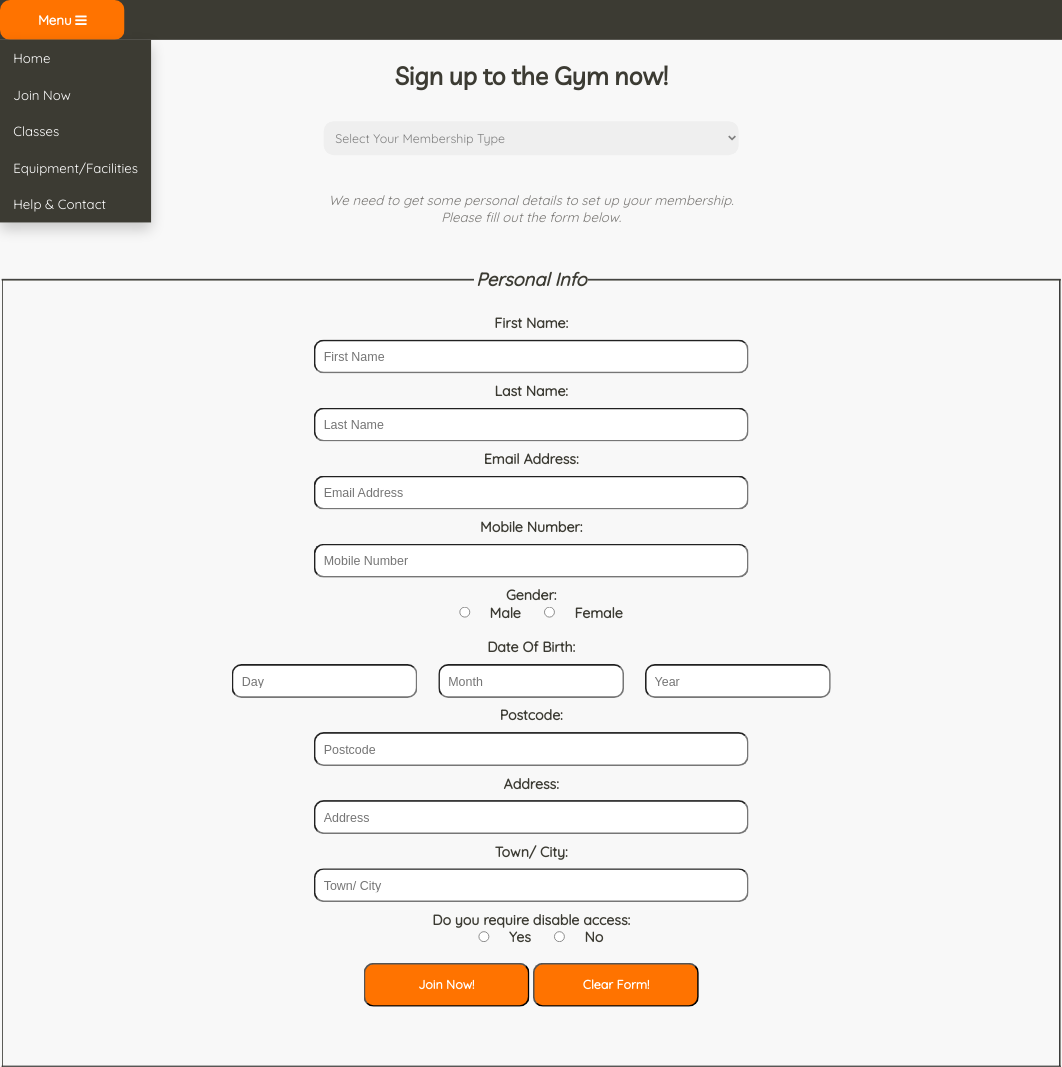
Repository: RicardoAzuul/the_fitness_hub
Page: join_now.html
The author's editor kept a record of every edit. The page is drawn from the files as they stood at one moment, then again after the next edit.
The browser window is 1280 px wide. The pictures show the whole page, at 83% of full size.

Above is the page before.

### join_now.html
<!DOCTYPE html>
<html>
    <head>
        <meta charset="UTF-8">
        <meta name="viewport" content="width=device-width, initial-scale=1.0">
        <meta http-equiv="X-UA-Compatible" content="ie=edge">
        <title>The Fitness Hub</title>
        <link rel="stylesheet" href="https://cdnjs.cloudflare.com/ajax/libs/font-awesome/4.7.0/css/font-awesome.min.css">
        <link rel="stylesheet" href="css/style.css" type="text/css">
        <link href="https://fonts.googleapis.com/css?family=Livvic&display=swap" rel="stylesheet">
        <link href="https://fonts.googleapis.com/css?family=Quicksand&display=swap" rel="stylesheet">
    </head>
    <body>
        <header>
            <div class="navbar">
           <div class="dropdown">
           <button class="dropbtn">Menu
           <i class="fa fa-bars"></i>
           </button>
           <div class="dropdown-content">
           <a href="index.html">Home</a>
           <a href="join_now.html">Join Now</a>
           <a href="classes.html">Classes</a>
           <a href="equipment.html">Equipment/Facilities</a>
           <a href="help_and_contact.html">Help & Contact</a>
           </div>
           </div>
           </div>
        </header>
        <h2 class="sign_up">Sign up to the Gym now!</h2>
        <div class="row">
         <select class="options">
        <option value="">Select Your Membership Type</option>
         <option value="Day pass">Day Pass - £4.99</option>
         <option value="Month pass">Monthly - £14.99</option>
        </select>
        <br><br>
    <p class="Warning">We need to get some personal details to set up your membership.<br> Please fill out the form below.</p>
    <br><br>
    <form>
    <fieldset>
        <legend>Personal Info</legend>
        <br>
        <div class="info">
        First Name:<br>
        <input type="text" name="firstname" placeholder="First Name"><br>
        Last Name:<br>
        <input type="text" name="lastname" placeholder="Last Name"><br>
        Email Address:<br>
        <input type="email" name="email" placeholder="Email Address"><br>
        Mobile Number:<br>
        <input type="text" name="number" placeholder="Mobile Number"><br>
        Gender:<br>
        <input type="radio" name="gender" value="male" class="box">Male
        <input type="radio" name="gender" value="female" class="box">Female
        <br><br>
        Date Of Birth:<br>
        <input type="day" name="day" placeholder="Day" class="dob">
        <input type="text" name="month" placeholder="Month" class="dob">
        <input type="year" name="year" placeholder="Year" class="dob"><br>
        Postcode:<br>
        <input type="postcode" name="postcode" placeholder="Postcode"><br>
        Address:<br>
        <input type="address" name="address" placeholder="Address"><br>
        Town/ City:<br>
        <input type="town" name="town" placeholder="Town/ City"><br>
        Do you require disable access:<br>
        <input type="radio" name="disable" value="yes" class="box">Yes
        <input type="radio" name="disable" value="no" class="box">No
        <br><br>
        <button type="submit" onclick="alert('Form has been submitted! Please check your mailbox for your email confirmation.')">Join Now!</button>
        <button type="reset">Clear Form!</button>
        <br><br>
        </div>
    </fieldset>
    </form>
    </div>
    </body>
    </html>

Loaded but not shown: css/style.css (1271 lines, source omitted)

After the next edit:
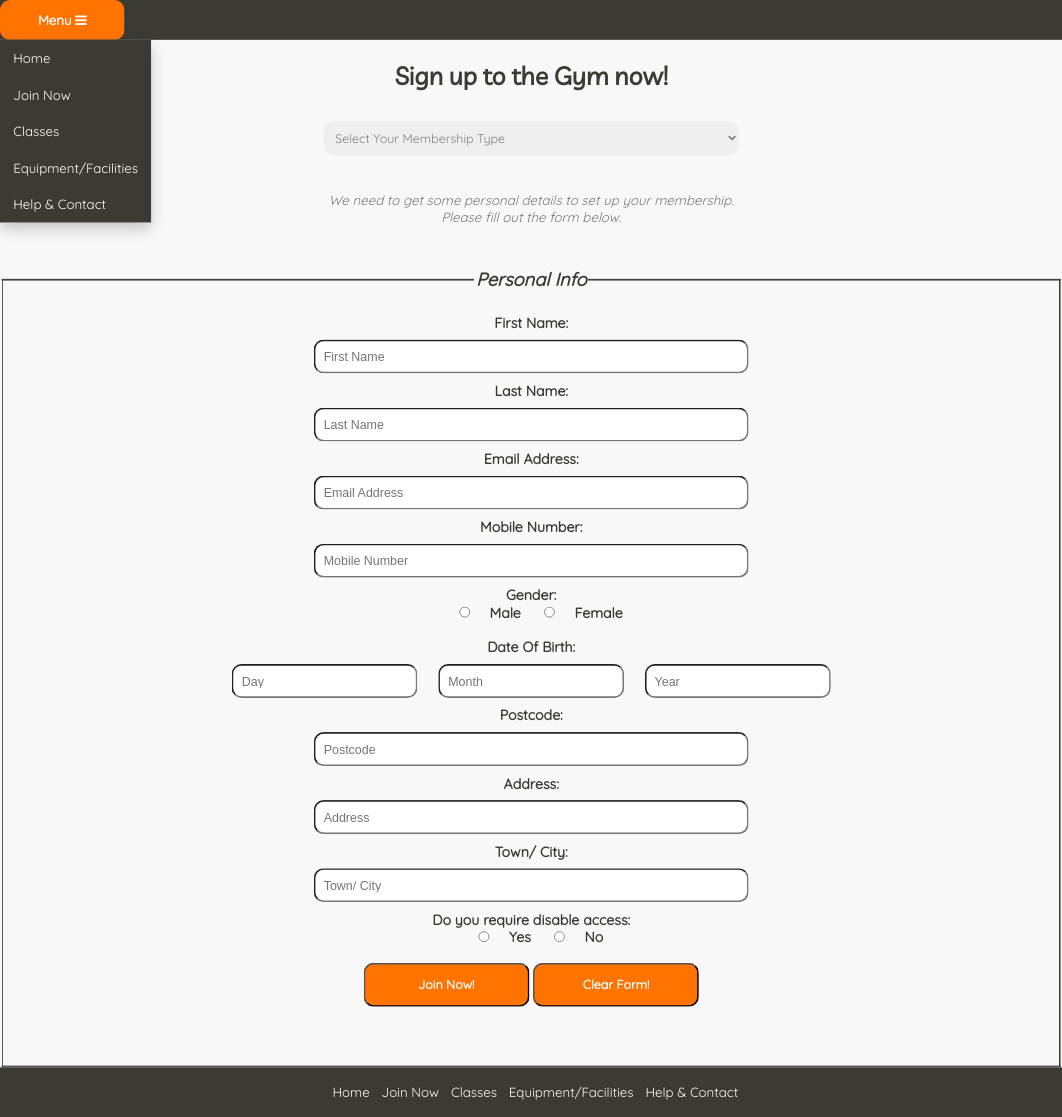
The edit:
--- a/join_now.html
+++ b/join_now.html
@@ -75,5 +75,13 @@
     </fieldset>
     </form>
     </div>
+     <footer>
+            <div id="footer-details" class="row">
+            <a href="index.html">Home</a>
+           <a href="join_now.html">Join Now</a>
+           <a href="classes.html">Classes</a>
+           <a href="equipment.html">Equipment/Facilities</a>
+           <a href="help_and_contact.html">Help & Contact</a>
+        </footer>
     </body>
     </html>
